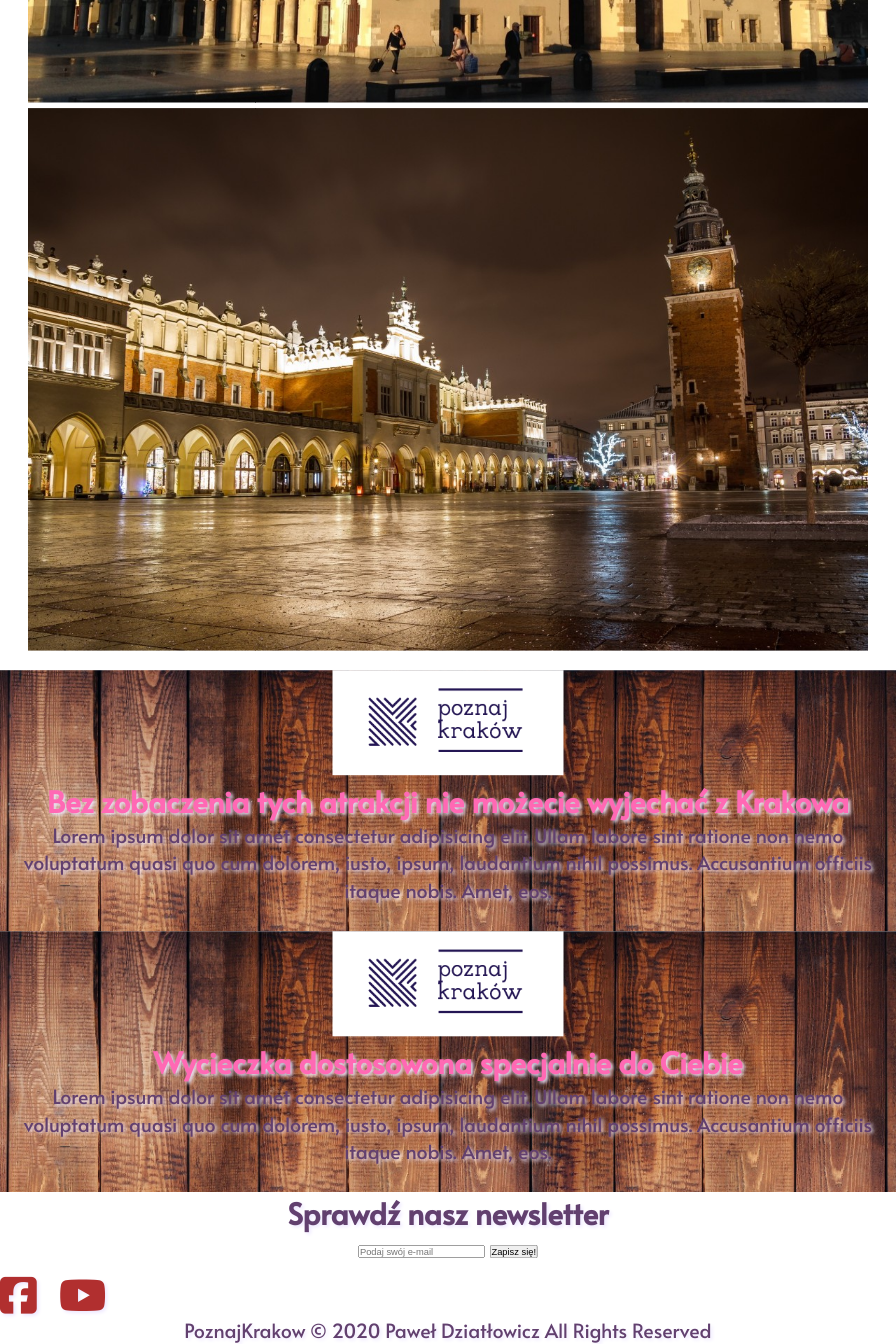
Repository: DZIALEK/projekt1
Page: projekt1.html
The author's editor kept a copy of each file at every save. The page is drawn from the files as they stood at one save, then again after the next save.
The browser window is 1280 px wide. The pictures show the part of the page from y = 2828 to 4748 px (the page is 4748 px tall), at 70% of full size.
The pointer rests on the first visible `.social-media i`.
Some icons come from a web library that is not loaded, so they are not drawn. A picture or video elsewhere on the page could not be fetched, so the positions and the page height are approximate. Some web libraries are served in a nearby version.

Above is the page before, as saved 2020-07-15 00:39:02.

### projekt1.html
<!DOCTYPE html>
<html lang="pl=pl">
<head>
    <meta charset="UTF-8">
    <meta name="viewport" content="width=device-width, initial-scale=1.0">
    <title>Poznaj Kraków</title>
    <link rel="stylesheet" href="projekt1.css">
    <script src="https://kit.fontawesome.com/47e99c0280.js" crossorigin="anonymous"></script>
 </head>
<body>
    <header>
        <video autoplay muted loop id="video_header">
            <source src="dodatki/cracow_movie_lc.mp4">
        </video>
        <div class="logo">
            <a href="#">
                <img src="dodatki/logo_L.png" alt="Tutaj jest logo Poznaj Kraków">
            </a>
        </div>
        <div class="top">
            <h1>Poznaj Kraków</h1>
            <p>Od 1989r. skutecznie zarażamy miłością do Krakowa</p>
            <a href="#">SPRAWDŹ NAS!</a>
        </div>
        <nav>
            <ul>
                <li><a href="#">START</a></li>
                <li><a href="#">CO ZWIEDZAĆ</a></li>
                <li><a href="#">WYCIECZKI</a></li>
                <li><a href="#">CENNIK</a></li>
                <li><a href="#">O NAS</a></li>
            </ul>
        </nav>
    </header>
    <main>
        <section class="section-welcome">
            <h1 class="section-header">
               Witaj na naszej stronie !
            </h1>
            <img src="dodatki/foto3.jpg" alt="Tutaj jest zdjęcie Krakowa1">
            <img src="dodatki/foto2.jpg" alt="Tutaj jest zdjęcie Krakowa2">
        </section>
        <section class="section-welcome2">
            <img src="dodatki/foto1.jpg" alt="Tutaj jest zdjęcie Krakowa3">
            <img src="dodatki/foto4.jpg" alt="Tutaj jest zdjęcie Krakowa4">
        </section>
        <section class="section-best">
            <div class="section-best-img"></div>
            <img src="dodatki/logo_L.png" alt="">
            <h2>Bez zobaczenia tych atrakcji nie możecie wyjechać z Krakowa</h2>
            <p>Lorem ipsum dolor sit amet consectetur adipisicing elit. Ullam labore sint ratione non nemo voluptatum quasi quo cum dolorem, iusto, ipsum, laudantium nihil possimus. Accusantium officiis itaque nobis. Amet, eos.</p>
            </div>
        </section>
        <section class="section-best2">
            <div class="section-best2-img">
            <img src="dodatki/logo_L.png" alt="">
            <h2>Wycieczka dostosowona specjalnie do Ciebie</h2>
            <p>Lorem ipsum dolor sit amet consectetur adipisicing elit. Ullam labore sint ratione non nemo voluptatum quasi quo cum dolorem, iusto, ipsum, laudantium nihil possimus. Accusantium officiis itaque nobis. Amet, eos.</p>
            </div>
        </section>
    <!-- zrobić wyczieczkę typu: Krakowianie ich znienawidzili wycieczka 5dni w okół Krakowa -->
    <section class="section-newsletter">
    <div class="newsteletter-wrapper">
        <h2>Sprawdź nasz newsletter</h2>
        <form action="" method="">
            <input type="email" placeholder="Podaj swój e-mail">
            <button type="submit">Zapisz się!</button>
        </form>
    </div>
    </section>
    <div class="social-media">
        <a href="#"><i class="fab fa-facebook-square"></i></a>
        <a href="#"><i class="fab fa-youtube"></i></a>
        <a href="#"><i class="fab fa-tripadvisor"></i></a>
    </div>
    </main>

    <footer>
        PoznajKrakow &copy; 2020 Paweł Dziatłowicz All Rights Reserved
    </footer>
</body>
</html>

### projekt1.css
@import url('http://fonts.googleapis.com/css?family=Alata&subset=latin,latin-ext');

* {
    margin: 0;
    padding: 0;
    box-sizing: border-box;
}

html{
    scroll-behavior: smooth;
  }

body {
    background-color: #FFFFFF;
    color: #62406F; text-shadow: #EEE8FF 0.1em 0.1em 0.2em;
    /* CDCCCC */
    font-family: 'Alata', sans-serif;
    font-size: 28px;
    width: 100%;
}

a {
    text-decoration: none;
}

section {
    text-align: center;
}

footer {
    text-align: center;
}

img {
    max-width: 100%;
}

div {
    width: 100%;
    height: 100%;
}

#video_header {
    min-width: 100%;
    min-height: 100%;
    position: relative;
    bottom: 0;
    right: 0;
}

.logo {
    position: fixed;
    top: 10px;
    left: 85%;
    width: 100%;
}

.logo img {
    width: 120px;
}

.top h1 {
    position: absolute;
    left: 50%;
    top: 30%;
    transform: translate(-50%, -50%);
    font-size: 100px;
}

.top h1~p {
    position: absolute;
    left: 50%;
    top: 45%;
    margin-top: 20px;
    transform: translate(-50%, -50%);
    font-size: 30px;
}

.top h1~a {
    position: absolute;
    left: 50%;
    top: 55%;
    transform: translate(-50%, -50%);
    text-align: center;
    border: 2px solid #d6caf8;
    padding: 10px 15px;
    font-size: 40px;
}

nav {
    box-shadow: 1px 1px 1px 1px #352564;
}

nav ul {
    list-style-type: none;
    width: 100%;
}

nav li {
    position: relative;
    text-align: center;
}

nav a {
    transition: 0.5s;
}

nav a:hover {
    color: #c386cf;
    text-shadow: 0 0 0.1em #271B2B, 0 0 0.1em #271B2B, 0 0 0.1em #271B2B;
    /* text-shadow: #271B2B 0.1em 0.1em 0.1em; */
    /* #EEE8FF  */
}

.section-welcome {
    position: relative;
    top: 50px;
    margin-bottom: 50px;
}

.section-welcome h1 {
    margin-bottom: 60px;
    font-size: 40px;
    color: greenyellow;
     font-weight: 100;
}

.section-welcome2 {
    position: relative;
    margin: 20px auto;
}

.section-best {
    position: relative;
    margin: 0px auto;
    background-image: url(/dodatki/bg1.jpg);
    background-size: cover;
}

.section-best-img {
    width: 100%;
}


.section-best h2 {
    color: hotpink;
}

.section-best p {
    padding-bottom: 40px;
}

.section-best2 {
    position: relative;
    margin: 0px auto;
    background-image: url(/dodatki/bg1.jpg);
    background-size: cover;
}

.section-best2-img {
    width: 100%;
}


.section-best2 h2 {
    color: hotpink;
}

.section-best2 p {
    padding-bottom: 40px;
}

.social-media i {
    color: rgb(177, 47, 47);
    text-align: center;
    margin-top: 20px;
    font-size: 60px;
    transition: 2s;
    letter-spacing: 25px;
}

After the next save:
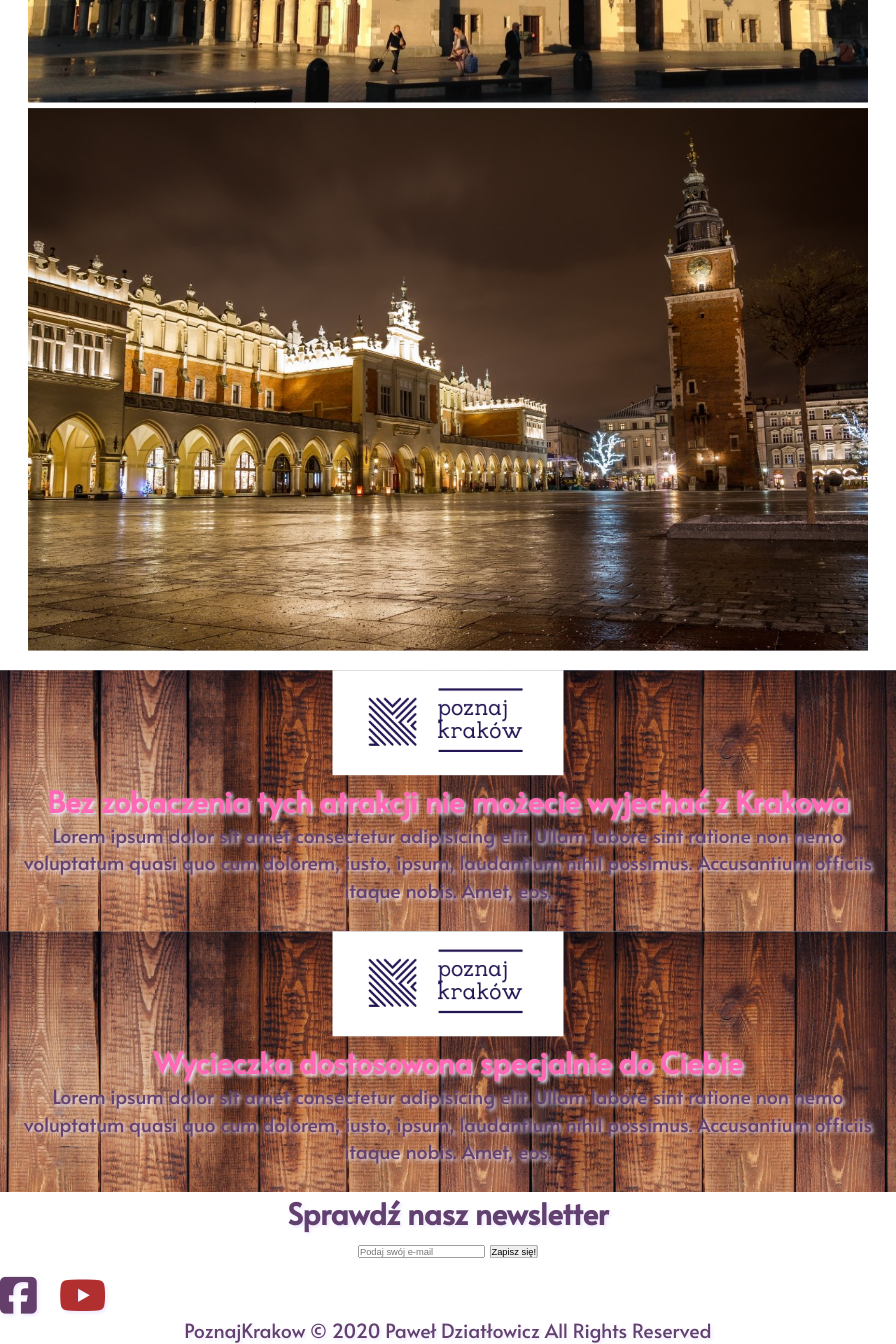
Saved 2 min 14 s later.
--- a/projekt1.css
+++ b/projekt1.css
@@ -178,3 +178,7 @@ nav a:hover {
     transition: 2s;
     letter-spacing: 25px;
 }
+
+.social-media i:hover {
+    color: #62406F;
+}
